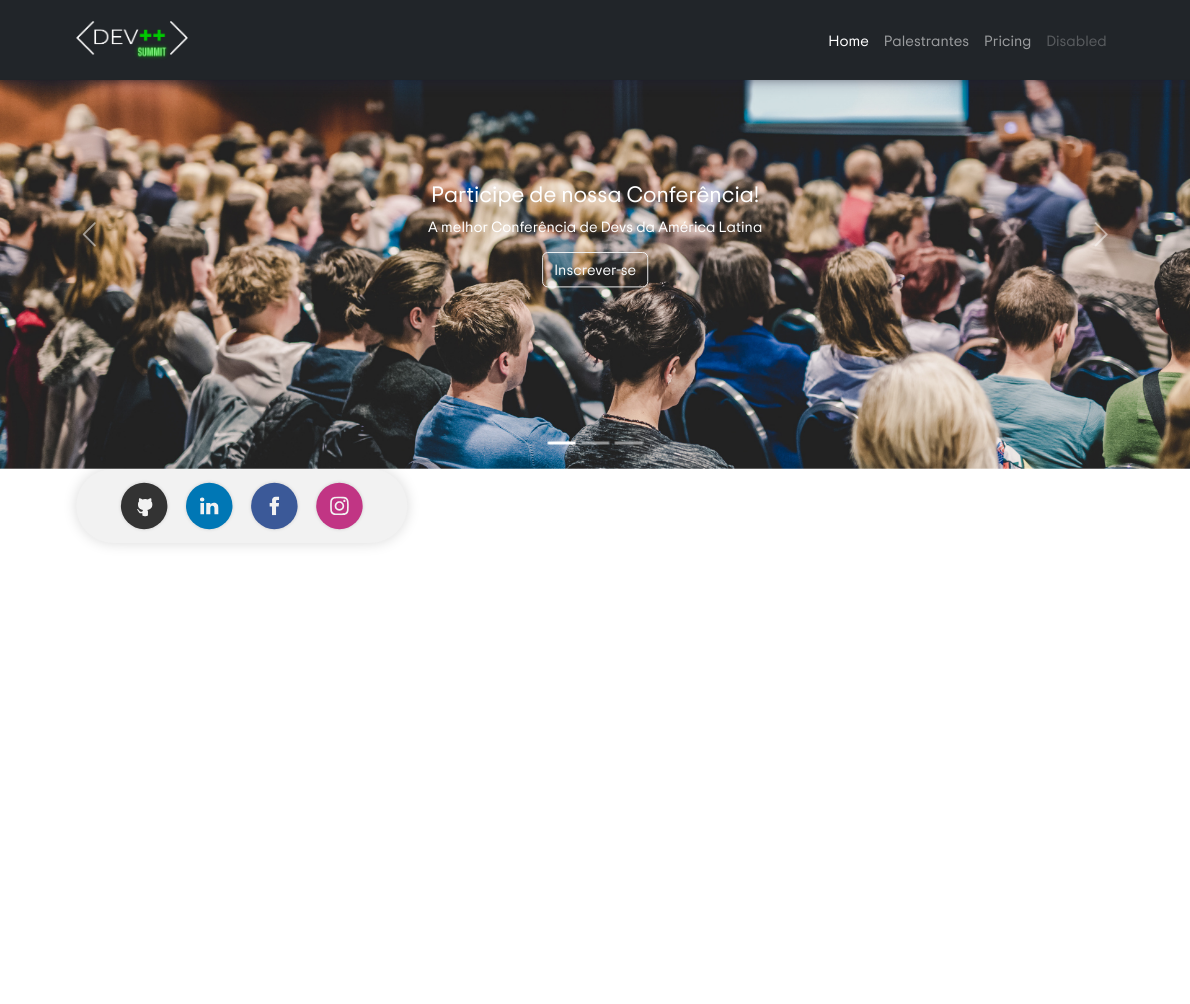
Repository: GScholl/ProjetoWeb_
Page: index.html
These files come from the project's save history. The page is drawn as it stood at one moment and after the next save; the edit follows.
The browser window is 1280 px wide. The pictures show the whole page, at 93% of full size.

Above is the page before, as saved 2023-08-23 10:26:45.

### index.html
<!DOCTYPE html>
<html lang="pt-BR">

<head>
  <meta charset="UTF-8">
  <meta name="viewport" content="width=device-width, initial-scale=1.0">
  <title>Dev+</title>
  <link rel="stylesheet" href="/Bootstrap/css/bootstrap.min.css">
  <link rel="stylesheet" href="/css/style.css">
</head>

<body>
  <nav class="navbar navbar-expand-lg fixed-top navbar-dark bg-dark t">
    <div class="container d-flex  flex-row  justify-content-between">


      <a class="navbar-brand" href="#"><img src="/img/DEV+.png" alt="logotipo da conferência" class="logo"></a>
      <button class="navbar-toggler" type="button" data-bs-toggle="collapse" data-bs-target="#navbarNav"
        aria-controls="navbarNav" aria-expanded="false" aria-label="Toggle navigation">
        <span class="navbar-toggler-icon"></span>
      </button>

      <div class="collapse navbar-collapse justify-content-end " id="navbarNav">
        <ul class="navbar-nav">
          <li class="nav-item">
            <a class="nav-link active" aria-current="page" href="#">Home</a>
          </li>
          <li class="nav-item">
            <a class="nav-link" href="#">Palestrantes</a>
          </li>
          <li class="nav-item">
            <a class="nav-link" href="#">Pricing</a>
          </li>
          <li class="nav-item">
            <a class="nav-link disabled">Disabled</a>
          </li>
        </ul>
      </div>

    </div>
  </nav>
  <div id="carouselExampleCaptions" class="carousel slide" data-bs-ride="false">
    <div class="carousel-indicators">
      <button type="button" data-bs-target="#carouselExampleCaptions" data-bs-slide-to="0" class="active"
        aria-current="true" aria-label="Slide 1"></button>
      <button type="button" data-bs-target="#carouselExampleCaptions" data-bs-slide-to="1"
        aria-label="Slide 2"></button>
      <button type="button" data-bs-target="#carouselExampleCaptions" data-bs-slide-to="2"
        aria-label="Slide 3"></button>
    </div>

    <div class="carousel-inner">
      <div class="carousel-item active  item-1">

        <div
          class="text-white w-h-100 z-3 d-none text-center d-md-flex align-content-center flex-column justify-content-center">
          <div class="container">
            <h4>Participe de nossa Conferência!</h4>
            <p>A melhor Conferência de Devs da América Latina</p>
            <button class="btn btn-outline-light">Inscrever-se</button>
          </div>
        </div>
      </div>
      <div class="carousel-item item-2 ">

        <div
          class="text-white w-h-100 z-3 d-none text-center d-md-flex align-content-center flex-column justify-content-center">
          <div class="container">
            <h4>Participe de nossa Conferência!</h4>
            <p>A melhor Conferência de Devs da América Latina</p>
            <button class="btn btn-outline-light">Inscrever-se</button>
          </div>
        </div>
      </div>
      <div class="carousel-item  item-3">

        <div
          class="text-white w-h-100 z-3 d-none text-center d-md-flex align-content-center flex-column justify-content-center">
          <div class="container">
            <h4>Participe de nossa Conferência!</h4>
            <p>A melhor Conferência de Devs da América Latina</p>
            <button class="btn btn-outline-light">Inscrever-se</button>
          </div>
        </div>
      </div>
    </div>
    <button class="carousel-control-prev" type="button" data-bs-target="#carouselExampleCaptions" data-bs-slide="prev">
      <span class="carousel-control-prev-icon" aria-hidden="true"></span>
      <span class="visually-hidden">Previous</span>
    </button>
    <button class="carousel-control-next" type="button" data-bs-target="#carouselExampleCaptions" data-bs-slide="next">
      <span class="carousel-control-next-icon" aria-hidden="true"></span>
      <span class="visually-hidden">Next</span>
    </button>
  </div>
  <section>
    <div class="container">
      <div class="row">
        <div class="col-lg-4 col-sm-12 col-md-6">
          <div class="card-palestrante"></div>
          <div class="social-buttons">
            <a href="#" class="social-button github">
              <svg class="cf-icon-svg" xmlns="http://www.w3.org/2000/svg" viewBox="-2.5 0 19 19">
                <path
                  d="M9.464 17.178a4.506 4.506 0 0 1-2.013.317 4.29 4.29 0 0 1-2.007-.317.746.746 0 0 1-.277-.587c0-.22-.008-.798-.012-1.567-2.564.557-3.105-1.236-3.105-1.236a2.44 2.44 0 0 0-1.024-1.348c-.836-.572.063-.56.063-.56a1.937 1.937 0 0 1 1.412.95 1.962 1.962 0 0 0 2.682.765 1.971 1.971 0 0 1 .586-1.233c-2.046-.232-4.198-1.023-4.198-4.554a3.566 3.566 0 0 1 .948-2.474 3.313 3.313 0 0 1 .091-2.438s.773-.248 2.534.945a8.727 8.727 0 0 1 4.615 0c1.76-1.193 2.532-.945 2.532-.945a3.31 3.31 0 0 1 .092 2.438 3.562 3.562 0 0 1 .947 2.474c0 3.54-2.155 4.32-4.208 4.548a2.195 2.195 0 0 1 .625 1.706c0 1.232-.011 2.227-.011 2.529a.694.694 0 0 1-.272.587z">
                </path>
              </svg>
            </a>
            <a href="#" class="social-button linkedin">
              <svg viewBox="0 -2 44 44" version="1.1" xmlns="http://www.w3.org/2000/svg"
                xmlns:xlink="http://www.w3.org/1999/xlink">
                <g id="Icons" stroke="none" stroke-width="1">
                  <g transform="translate(-702.000000, -265.000000)">
                    <path
                      d="M746,305 L736.2754,305 L736.2754,290.9384 C736.2754,287.257796 734.754233,284.74515 731.409219,284.74515 C728.850659,284.74515 727.427799,286.440738 726.765522,288.074854 C726.517168,288.661395 726.555974,289.478453 726.555974,290.295511 L726.555974,305 L716.921919,305 C716.921919,305 717.046096,280.091247 716.921919,277.827047 L726.555974,277.827047 L726.555974,282.091631 C727.125118,280.226996 730.203669,277.565794 735.116416,277.565794 C741.21143,277.565794 746,281.474355 746,289.890824 L746,305 L746,305 Z M707.17921,274.428187 L707.117121,274.428187 C704.0127,274.428187 702,272.350964 702,269.717936 C702,267.033681 704.072201,265 707.238711,265 C710.402634,265 712.348071,267.028559 712.41016,269.710252 C712.41016,272.34328 710.402634,274.428187 707.17921,274.428187 L707.17921,274.428187 L707.17921,274.428187 Z M703.109831,277.827047 L711.685795,277.827047 L711.685795,305 L703.109831,305 L703.109831,277.827047 L703.109831,277.827047 Z"
                      id="LinkedIn">
                    </path>
                  </g>
                </g>
              </svg>
            </a>
            <a href="#" class="social-button facebook">
              <svg version="1.1" id="Layer_1" xmlns="http://www.w3.org/2000/svg"
                xmlns:xlink="http://www.w3.org/1999/xlink" viewBox="0 0 310 310" xml:space="preserve">
                <g id="XMLID_834_">
                  <path id="XMLID_835_" d="M81.703,165.106h33.981V305c0,2.762,2.238,5,5,5h57.616c2.762,0,5-2.238,5-5V165.765h39.064
            c2.54,0,4.677-1.906,4.967-4.429l5.933-51.502c0.163-1.417-0.286-2.836-1.234-3.899c-0.949-1.064-2.307-1.673-3.732-1.673h-44.996
            V71.978c0-9.732,5.24-14.667,15.576-14.667c1.473,0,29.42,0,29.42,0c2.762,0,5-2.239,5-5V5.037c0-2.762-2.238-5-5-5h-40.545
            C187.467,0.023,186.832,0,185.896,0c-7.035,0-31.488,1.381-50.804,19.151c-21.402,19.692-18.427,43.27-17.716,47.358v37.752H81.703
            c-2.762,0-5,2.238-5,5v50.844C76.703,162.867,78.941,165.106,81.703,165.106z"></path>
                </g>
              </svg>
            </a>
            <a href="#" class="social-button instagram">
              <svg width="800px" height="800px" viewBox="0 0 20 20" version="1.1" xmlns="http://www.w3.org/2000/svg"
                xmlns:xlink="http://www.w3.org/1999/xlink">
                <g id="Page-1" stroke="none" stroke-width="1">
                  <g id="Dribbble-Light-Preview" transform="translate(-340.000000, -7439.000000)">
                    <g id="icons" transform="translate(56.000000, 160.000000)">
                      <path
                        d="M289.869652,7279.12273 C288.241769,7279.19618 286.830805,7279.5942 285.691486,7280.72871 C284.548187,7281.86918 284.155147,7283.28558 284.081514,7284.89653 C284.035742,7285.90201 283.768077,7293.49818 284.544207,7295.49028 C285.067597,7296.83422 286.098457,7297.86749 287.454694,7298.39256 C288.087538,7298.63872 288.809936,7298.80547 289.869652,7298.85411 C298.730467,7299.25511 302.015089,7299.03674 303.400182,7295.49028 C303.645956,7294.859 303.815113,7294.1374 303.86188,7293.08031 C304.26686,7284.19677 303.796207,7282.27117 302.251908,7280.72871 C301.027016,7279.50685 299.5862,7278.67508 289.869652,7279.12273 M289.951245,7297.06748 C288.981083,7297.0238 288.454707,7296.86201 288.103459,7296.72603 C287.219865,7296.3826 286.556174,7295.72155 286.214876,7294.84312 C285.623823,7293.32944 285.819846,7286.14023 285.872583,7284.97693 C285.924325,7283.83745 286.155174,7282.79624 286.959165,7281.99226 C287.954203,7280.99968 289.239792,7280.51332 297.993144,7280.90837 C299.135448,7280.95998 300.179243,7281.19026 300.985224,7281.99226 C301.980262,7282.98483 302.473801,7284.28014 302.071806,7292.99991 C302.028024,7293.96767 301.865833,7294.49274 301.729513,7294.84312 C300.829003,7297.15085 298.757333,7297.47145 289.951245,7297.06748 M298.089663,7283.68956 C298.089663,7284.34665 298.623998,7284.88065 299.283709,7284.88065 C299.943419,7284.88065 300.47875,7284.34665 300.47875,7283.68956 C300.47875,7283.03248 299.943419,7282.49847 299.283709,7282.49847 C298.623998,7282.49847 298.089663,7283.03248 298.089663,7283.68956 M288.862673,7288.98792 C288.862673,7291.80286 291.150266,7294.08479 293.972194,7294.08479 C296.794123,7294.08479 299.081716,7291.80286 299.081716,7288.98792 C299.081716,7286.17298 296.794123,7283.89205 293.972194,7283.89205 C291.150266,7283.89205 288.862673,7286.17298 288.862673,7288.98792 M290.655732,7288.98792 C290.655732,7287.16159 292.140329,7285.67967 293.972194,7285.67967 C295.80406,7285.67967 297.288657,7287.16159 297.288657,7288.98792 C297.288657,7290.81525 295.80406,7292.29716 293.972194,7292.29716 C292.140329,7292.29716 290.655732,7290.81525 290.655732,7288.98792"
                        id="instagram-[#167]">

                      </path>
                    </g>
                  </g>
                </g>
              </svg>
            </a>
          </div>
        </div>
        <div class="col-4"></div>
        <div class="col-4"></div>
        <div class="col-4"></div>
        <div class="col-4"></div>
        <div class="col-4"></div>
      </div>
    </div>
  </section>
  <script src="/Bootstrap/js/bootstrap.bundle.min.js"></script>
</body>

</html>

### css/style.css
@font-face {
  font-family: "Trip-sans";
  src: url(/font/TripSans-Regular.ttf);
}
* {
  font-family: "Trip-sans", sans-serif;
  transition: 0.2s all;
}
body{
  height: 150vh;;
}
nav{
  box-shadow: rgba(50, 50, 93, 0.25) 0px 6px 12px -2px, rgba(0, 0, 0, 0.3) 0px 3px 7px -3px;
}
.logo {
  height: 60px;
}
.item-1 {
  background-image: url(/img/1.png);
  height: 70vh;
  background-position: center;
  background-size: cover;
 background-repeat: no-repeat;
 width: 100%;
}
.item-2 {
  background-image: url(/img/2.png);
  height: 70vh;
  background-position: center;
  background-size: cover;
  background-repeat: no-repeat;
   width: 100%;

}
.item-3 {
  background-image: url(/img/3.png);
  height: 70vh;
  background-position: center;
  background-size: cover;
  background-repeat: no-repeat;
   width: 100%;
}
.w-h-100{

  width: 100%;
  height: 100%;;
}

.social-buttons {
  display: flex;
  justify-content: center;
  align-items: center;
  background-color: #f2f2f2;
  box-shadow: 0px 0px 15px #00000027;
  padding: 15px 10px;
  border-radius: 5em;
}

.social-button {
  display: flex;
  justify-content: center;
  align-items: center;
  width: 50px;
  height: 50px;
  border-radius: 50%;
  margin: 0 10px;
  background-color: #fff;
  box-shadow: 0px 0px 4px #00000027;
  transition: 0.3s;
}

.social-button:hover {
  background-color: #f2f2f2;
  box-shadow: 0px 0px 6px 3px #00000027;
}

.social-buttons svg {
  transition: 0.3s;
  height: 20px;
}

.facebook {
  background-color: #3b5998;
}

.facebook svg {
  fill: #f2f2f2;
}

.facebook:hover svg {
  fill: #3b5998;
}

.github {
  background-color: #333;
}

.github svg {
  width: 25px;
  height: 25px;
  fill: #f2f2f2;
}

.github:hover svg {
  fill: #333;
}

.linkedin {
  background-color: #0077b5;
}

.linkedin svg {
  fill: #f2f2f2;
}

.linkedin:hover svg {
  fill: #0077b5;
}

.instagram {
  background-color: #c13584;
}

.instagram svg {
  fill: #f2f2f2;
}

.instagram:hover svg {
  fill: #c13584;
}

Loaded but not shown: Bootstrap/css/bootstrap.min.css (library); Bootstrap/js/bootstrap.bundle.min.js (library)

After the next save:
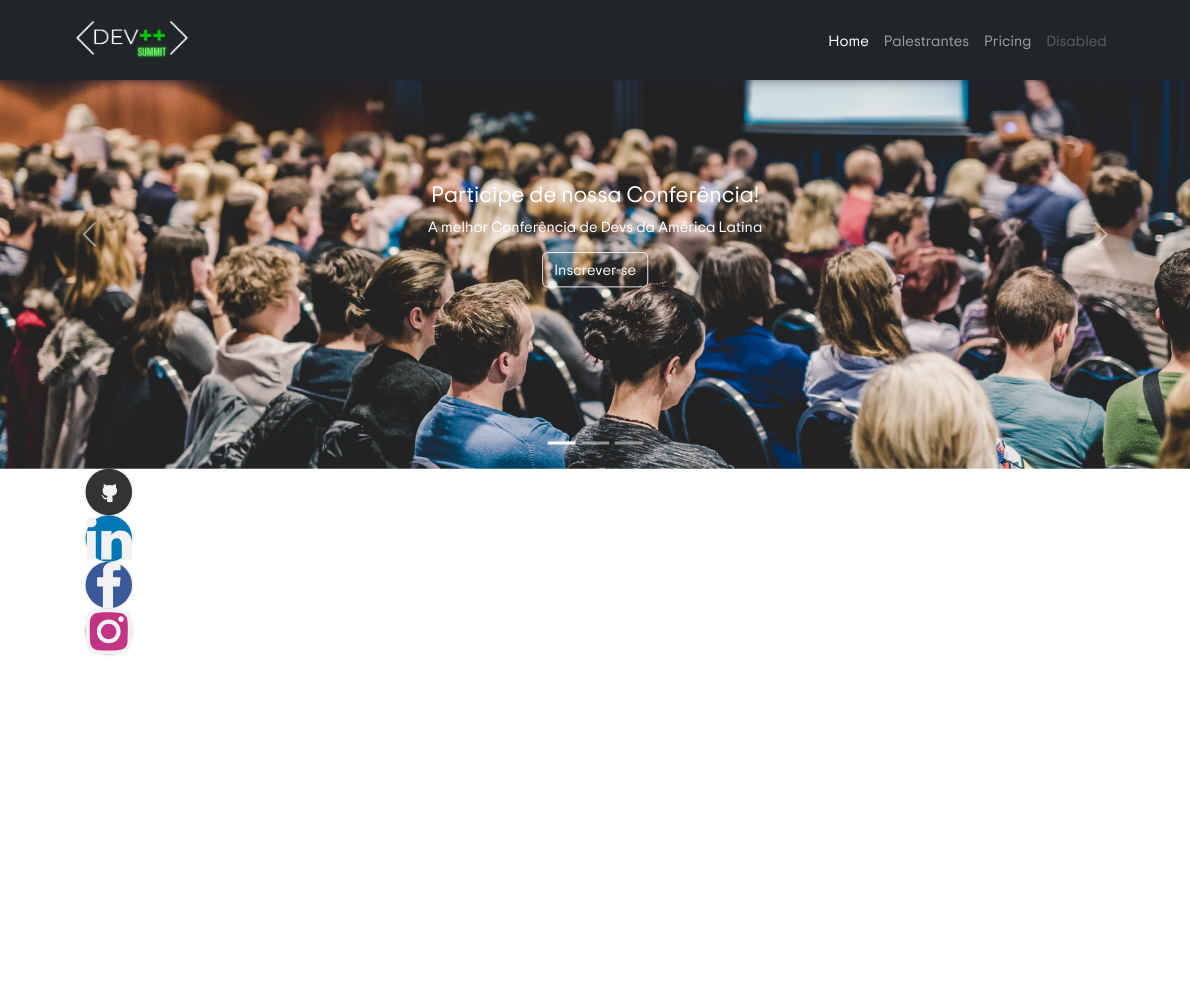
Saved 9 s later.
--- a/index.html
+++ b/index.html
@@ -98,7 +98,7 @@
       <div class="row">
         <div class="col-lg-4 col-sm-12 col-md-6">
           <div class="card-palestrante"></div>
-          <div class="social-buttons">
+          <div class="redes-sociais">
             <a href="#" class="social-button github">
               <svg class="cf-icon-svg" xmlns="http://www.w3.org/2000/svg" viewBox="-2.5 0 19 19">
                 <path
